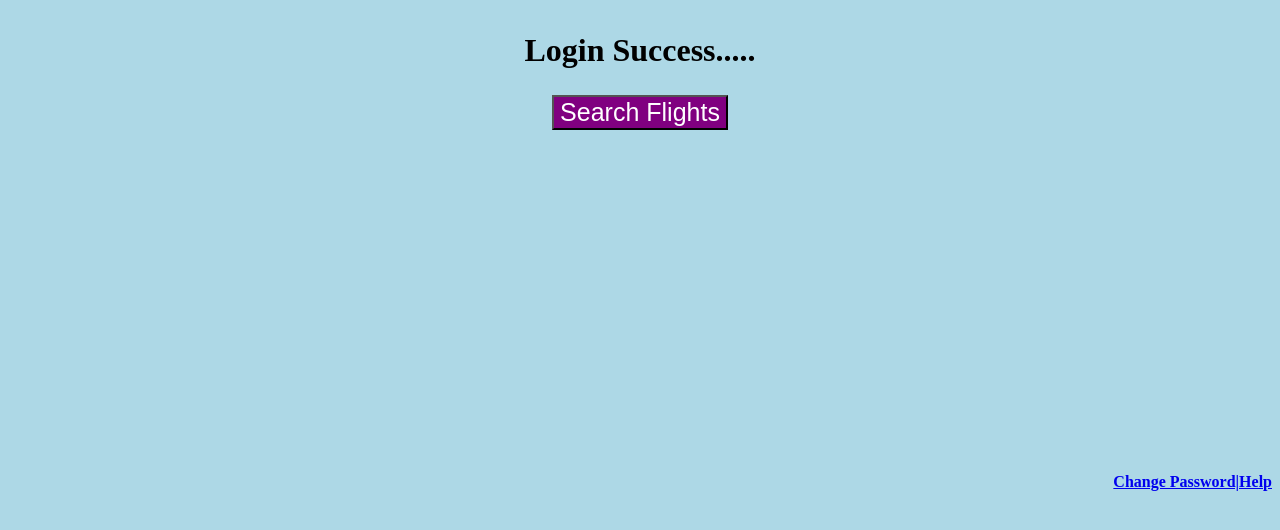
Repository: KanimozhiThandapani/Phase2AirlineBookingProject
Page: http://localhost/AirlineBooking/home.jsp
These files come from the project's save history. The page is drawn as it stood at one moment and after the next save; the edit follows.
The browser window is 1280 px wide. The pictures show the whole page.
The page is served by Tomcat 9. Other server files are loaded and not shown.

Above is the page before, as saved 2022-04-25 04:42:01.

### AirlineBooking/WebContent/home.jsp
<%@ page language="java" contentType="text/html; charset=ISO-8859-1"
    pageEncoding="ISO-8859-1"%>
<!DOCTYPE html PUBLIC "-//W3C//DTD HTML 4.01 Transitional//EN" "http://www.w3.org/TR/html4/loose.dtd">
<html>
<head>
<meta http-equiv="Content-Type" content="text/html; charset=ISO-8859-1">
<title>:: Home ::</title>

<style>
h3 {
  text-align: right;
  font-size: 1em;
  color: green;
}
</style>

</head>

<body style="background-color:lightblue;">
<form action=homePage method="get">
<table width="100%">
 <tr>
  <td align="center"><h1>Login Success.....</h1></td>
  </tr>

 <tr>
  <td align="center" colspan="2">
  <input type="submit" value="Search Flights" style="font-size: 25px ; background: purple; color: #FFF;" >
  </td>
 </tr>
</table>

<br> <br> <br><br> <br> <br><br> <br> <br><br> <br> <br><br> <br> <br><br> <br> <br>
<h3>
<a href="https://www.w3schools.com/">Change Password|Help</a>
</h3>

</form>
</body>
</html>

After the next save:
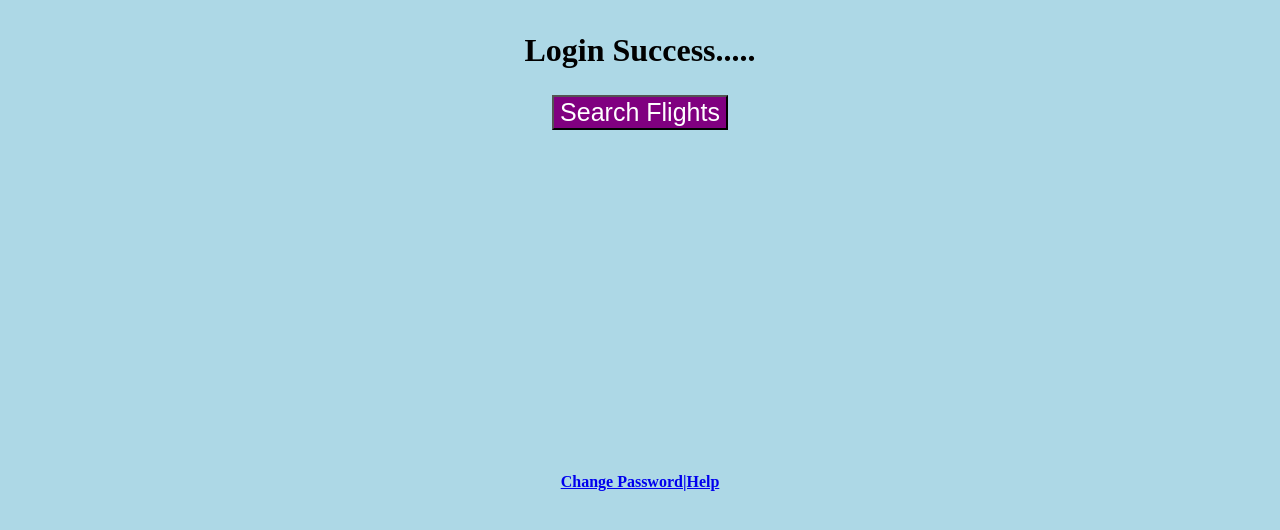
Saved 28 s later.
--- a/AirlineBooking/WebContent/home.jsp
+++ b/AirlineBooking/WebContent/home.jsp
@@ -8,7 +8,7 @@
 
 <style>
 h3 {
-  text-align: right;
+  text-align: center;
   font-size: 1em;
   color: green;
 }
